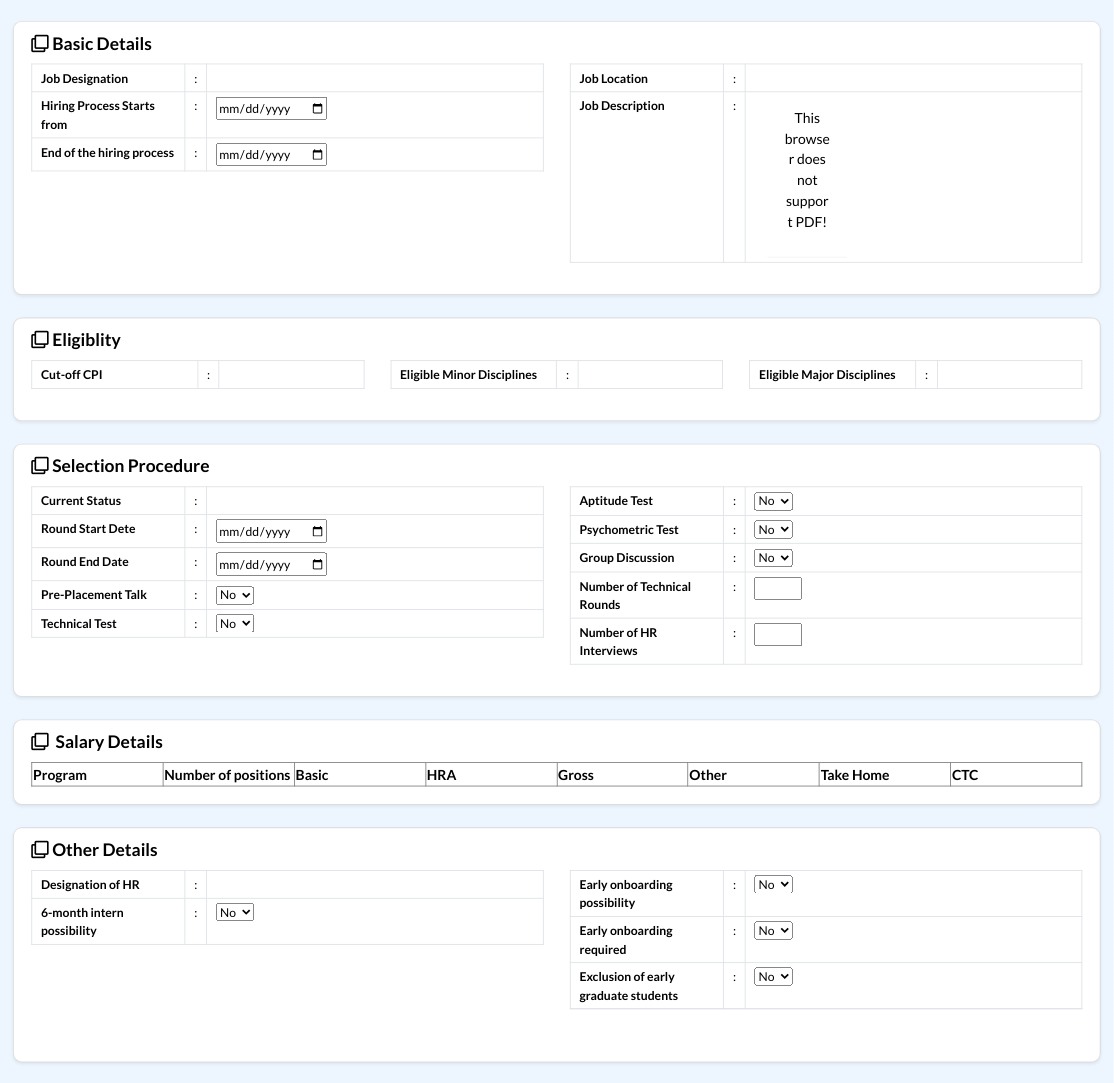
Repository: AditiDey29/Placement_Management_System
Page: templates/dashboard/one_job_detail_1.html
The author's editor kept a copy of each file at every save. The page is drawn from the files as they stood at one save, then again after a run of saves.
The browser window is 1280 px wide. The pictures show the whole page, at 87% of full size.
Some web libraries are served in a nearby version. The template is drawn by Flask 3. The application's start-up code is not run. The template is opened directly, without the code that normally fills it, so the values that code supplies are empty.

Above is the page before, as saved 2023-04-15 17:47:23.

After the next 2 saves:
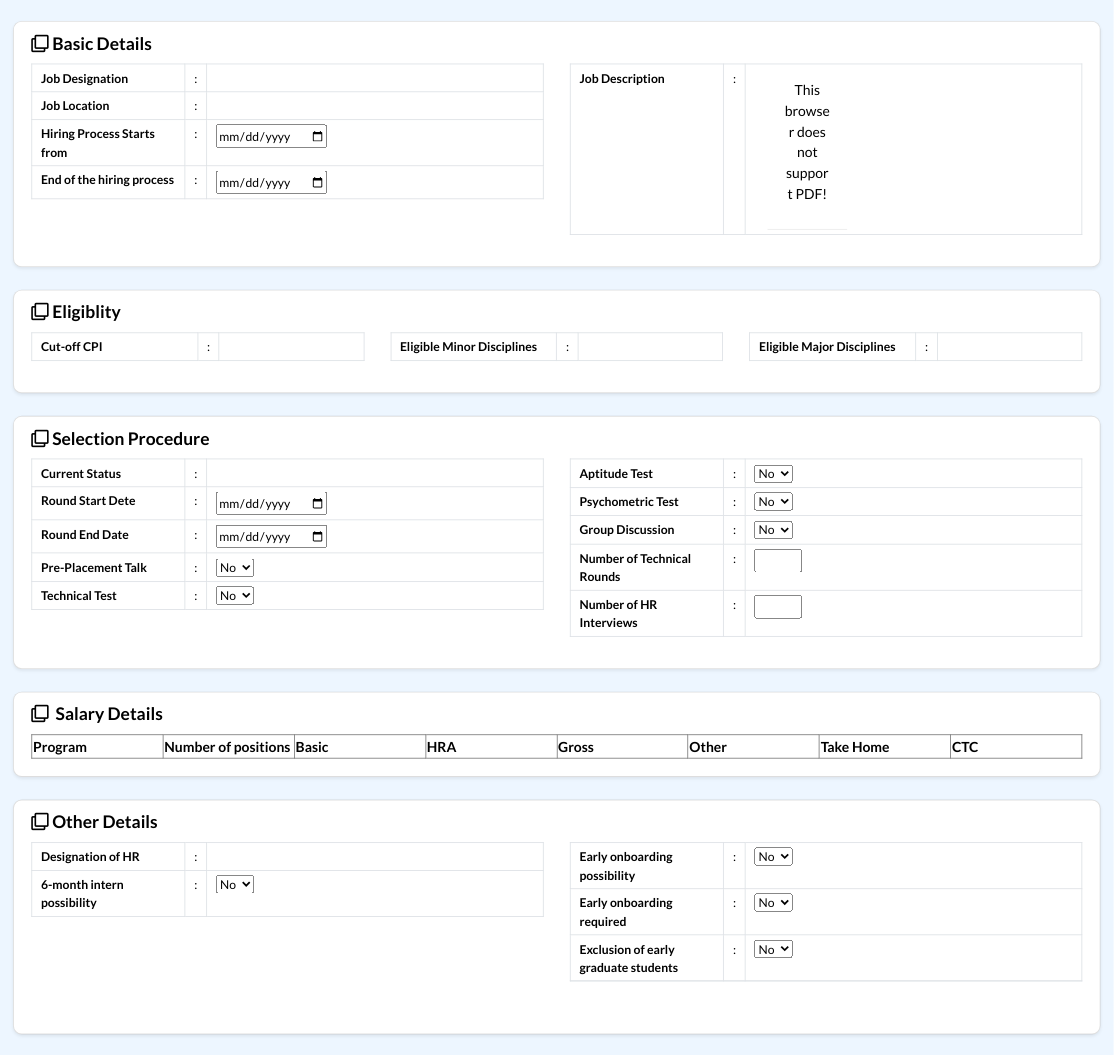
The 2 saves are shown as one change because they came seconds apart.
The last was saved 8 s later.
--- a/templates/dashboard/one_job_detail_1.html
+++ b/templates/dashboard/one_job_detail_1.html
@@ -82,6 +82,11 @@
                       <td class="text-muted mb-0">{{job[1]}}</td>
                     </tr>
                     <tr>
+                      <th width="30%">Job Location</th>
+                      <td width="2%">:</td>
+                      <td class="text-muted mb-0">{{job[3]}}</td>
+                    </tr>
+                    <tr>
                       <th width="30%">Hiring Process Starts from</th>
                       <td width="2%">:</td>
                       <td class="text-muted mb-0"><input type="date" id="intern-date" name="intern-date">
@@ -99,11 +104,7 @@
                 </div>
                 <div class="col-lg-6">
                   <table class="table table-bordered">
-                    <tr>
-                      <th width="30%">Job Location</th>
-                      <td width="2%">:</td>
-                      <td class="text-muted mb-0">{{job[3]}}</td>
-                    </tr>
+
                     <tr>
                       <th width="30%">Job Description</th>
                       <td width="2%">:</td>
